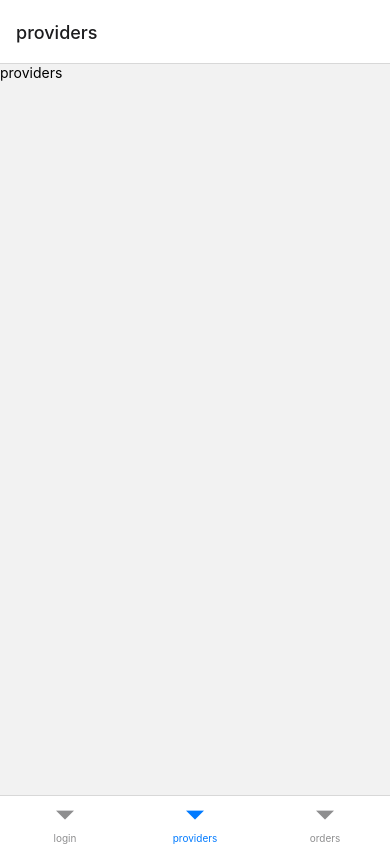
Repository: grownet-App/grownetAll
Screen: / (app in grownet-app/), after clicking the first element matching `div.r-transitionProperty-1i6wzkk`
The author's editor kept a copy of each file at every save. The screen is drawn from the files as they stood at one save, then again after the next save.
The app was drawn by React Native's web renderer in a window 390 px wide. The project was rebuilt for these pictures with package versions that can differ from the ones it lists, and the page was loaded fresh each time. Also part of the build but not shown: grownet-app/screens/orders.js.

Above is the screen before, as saved 2023-07-05 18:34:25.

### grownet-app/App.js

import Navigation from './assets/navigation';
export default function App() {
  return (
    <Navigation/>
  );
}

### grownet-app/assets/navigation.js
import { Text, View } from 'react-native'
import React, { Component } from 'react'
import { createBottomTabNavigator } from '@react-navigation/bottom-tabs'
import { NavigationContainer } from '@react-navigation/native'
import orders from '../screens/orders'
import loginPage from '../screens/loginPage'
import providers from '../screens/providers'
import { createStackNavigator } from '@react-navigation/stack';
const Tab = createBottomTabNavigator();

const Stack = createStackNavigator();
function MyStack() {
    return (
        <Stack.Navigator>
            <Stack.Screen name="providers" component={providers} />
        </Stack.Navigator>
    )
}

function MyTabs() {
    return (
        <Tab.Navigator
            initialRouteName='login'
        >
            <Tab.Screen name="login" component={loginPage}
                options={{
                    headerShown: false
                }}
            />
            <Tab.Screen
                name="providers"
                component={MyStack}
                options={{
                    headerShown: false
                }}
            />
            <Tab.Screen
                name="orders"
                component={orders}
                options={{
                    headerShown: false
                }}
            />
        </Tab.Navigator>
    )
}

export default function Navigation() {
    return (
        <NavigationContainer>
            <MyTabs />
        </NavigationContainer>
    )

}

### grownet-app/screens/loginPage.js
import { StatusBar } from 'expo-status-bar';
import { StyleSheet, Text, TextInput, View, Image, TouchableOpacity  } from 'react-native';
import { useNavigation } from '@react-navigation/native';
const loginPage = () => {
  const navigation = useNavigation();
  return (
    <View style={styles.container}>
      <Image
        style={styles.tinyLogo}
        source={require('../assets/logo.png')}
      />
      <Text style={styles.welcome}>Welcome</Text>
      <Text style={styles.p}>Let's start!</Text>
      <TextInput style={styles.textInput}
        placeholder='example@example.com'
        placeholderTextColor={'white'}
      />
      <TextInput style={styles.textInput}
        placeholder='Password'
        placeholderTextColor={'white'}
        secureTextEntry={true}
      />

      <TouchableOpacity style={styles.btnPrimary} onPress={() => navigation.navigate("providers")}><Text>Login</Text></TouchableOpacity>
      <StatusBar style="auto" />
    </View>
  );
}

const styles = StyleSheet.create({
  btnPrimary:{
    padding:16,
    backgroundColor: 'white',
    borderRadius: 16,
    width: "80%",

    alignItems: 'center',
  },
  container: {
    flex: 1,
    backgroundColor: '#026CD2',
    alignItems: 'center',
    paddingTop: 100
  },
  welcome: {
    color: 'white',
    fontSize: 36,
    fontWeight: 'bold',
    marginBottom: 12
  },
  p: {
    color: 'white',
    fontSize: 24,
    marginBottom: 36
  },
  tinyLogo: {
    width: 150,
    height: 150,
    marginBottom: 30
  },
  textInput: {
    borderWidth: 1,
    borderColor: 'white',
    width: '80%',
    padding: 16,
    marginBottom: 24,
    borderRadius: 30,
    color: 'white'
  }
});

export default loginPage;

### grownet-app/screens/providers.js
import { Text, View } from 'react-native'
import React, { Component } from 'react'

export class providers extends Component {
  render() {
    return (
      <View>
        <Text>providers</Text>
      </View>
    )
  }
}

export default providers

After the next save:
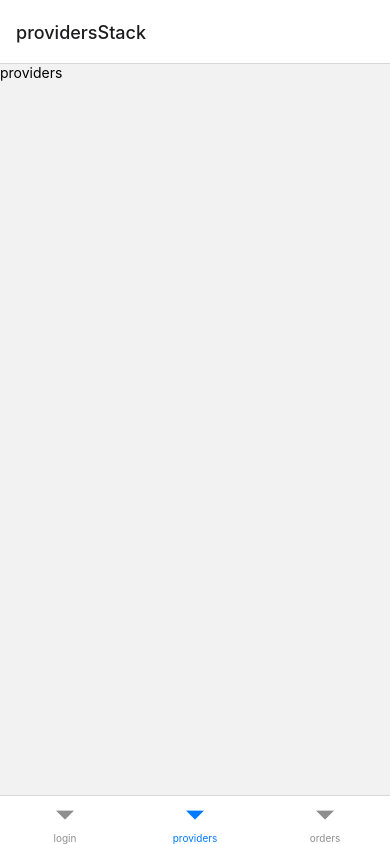
Saved 2 days later.
--- a/grownet-app/assets/navigation.js
+++ b/grownet-app/assets/navigation.js
@@ -12,7 +12,7 @@
 function MyStack() {
     return (
         <Stack.Navigator>
-            <Stack.Screen name="providers" component={providers} />
+            <Stack.Screen name="providersStack" component={providers} />
         </Stack.Navigator>
     )
 }
